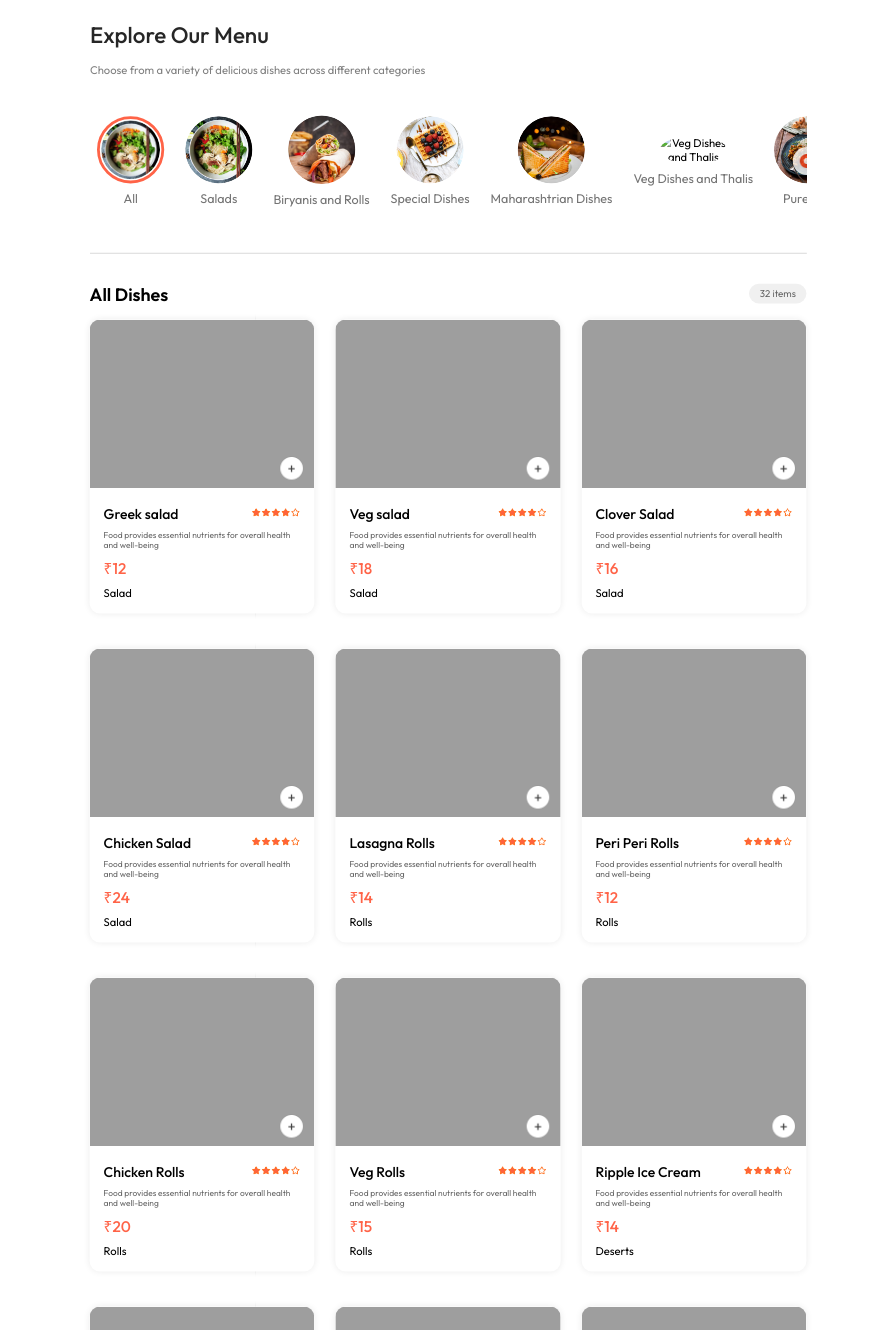
Repository: keyursanglikar/Hotel-Manangement
Page: / (app in frontend/)
An editor plug-in stored every save of this project. The page is shown before and after the next save, followed by the edit.
The browser window is 1280 px wide. The pictures show the part of the page from y = 609 to 2509 px (the page is 9373 px tall), at 70% of full size.
The page's requests for data from a server got no answer. The project was rebuilt for these pictures with package versions that can differ from the ones it lists, and the page was loaded fresh each time. No one was signed in, and anything a server would have sent is missing. Also part of the build but not shown: frontend/vite.config.js, frontend/src/pages/Cart/Cart.css, frontend/src/pages/Cart/Cart.jsx, frontend/src/pages/PlaceOrder/PlaceOrder.jsx, frontend/src/components/LoginPopup/LoginPopup.css, frontend/src/components/LoginPopup/LoginPopup.jsx, frontend/src/pages/Verify/Verify.css, frontend/src/pages/Verify/Verify.jsx and 2 more.

Above is the page before, as saved 2025-12-04 23:24:57.

After the next save:
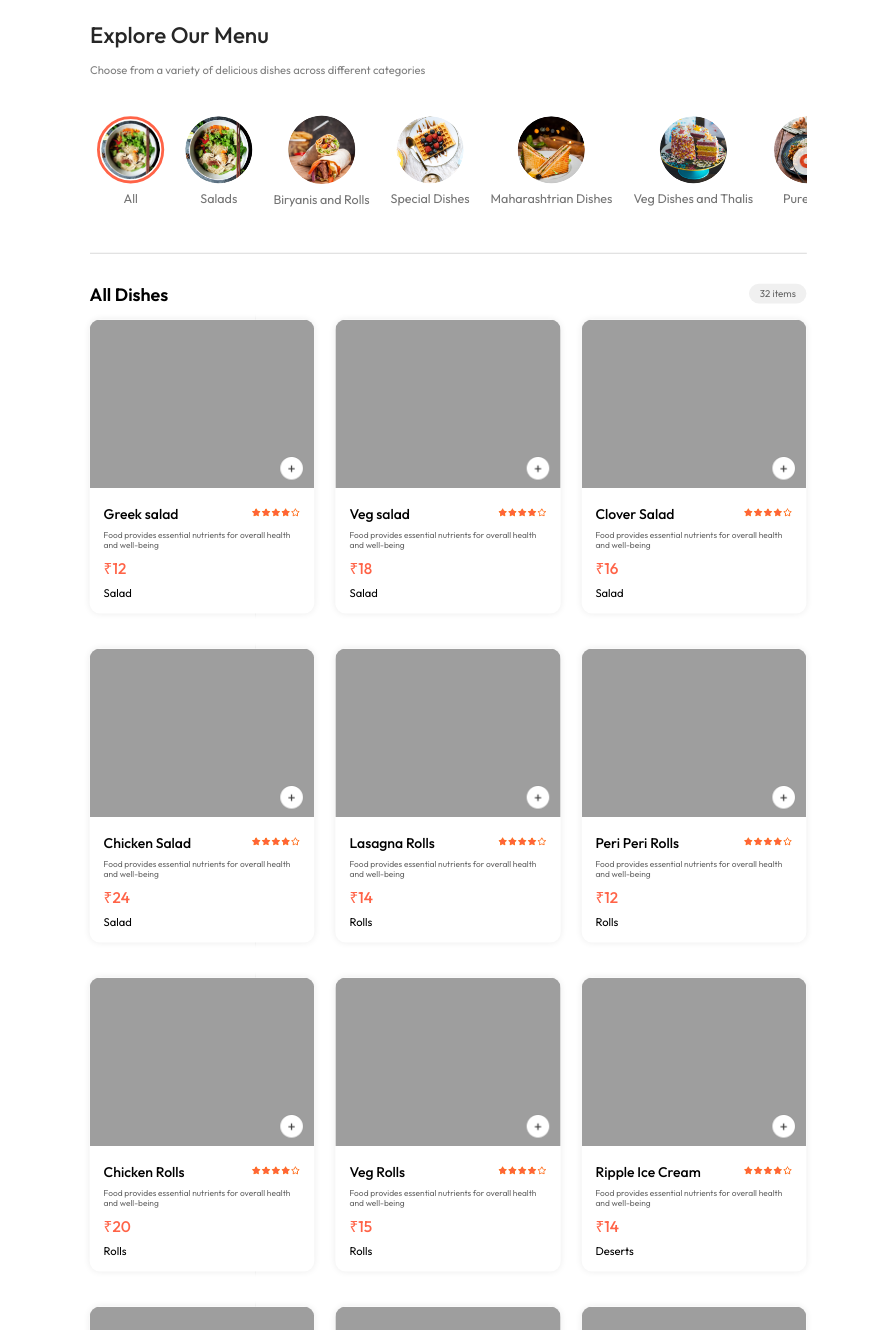
Saved 7 s later.
--- a/frontend/src/assets/assets.js
+++ b/frontend/src/assets/assets.js
@@ -485,7 +485,7 @@ export const menu_list = [
         menu_image: menu_4
     },
     {
-        menu_name: "Cake",
+        menu_name: "Veg Dishes and Thalis",
         menu_image: menu_5
     },
     {
